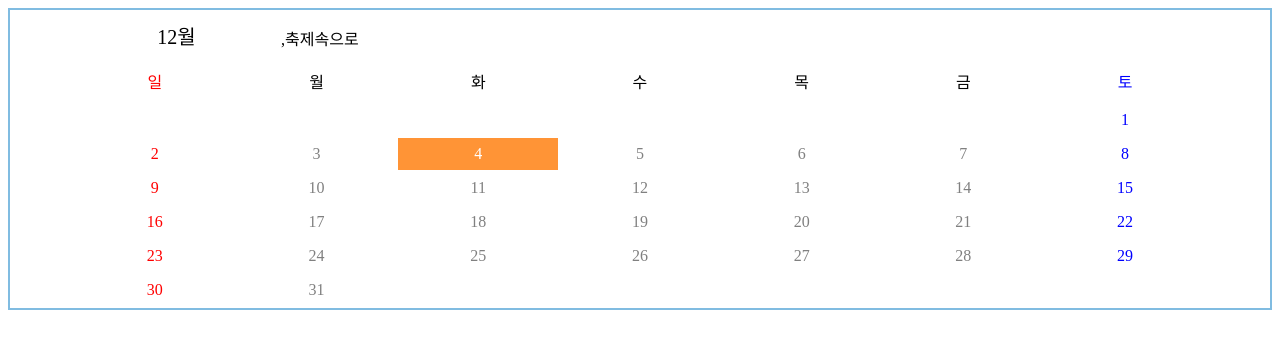
Repository: jih3508/Webproject_Rest
Page: http://localhost/comma1004/include/sideCalendar.jsp
An editor plug-in stored every save of this project. The page is shown before and after the next save, followed by the edit.
The browser window is 1280 px wide. The pictures show the whole page.
The page is served by Tomcat 9. Nobody is signed in. The application's start-up code is not run.

Above is the page before, as saved 2018-12-04 11:30:47.

After the next save:
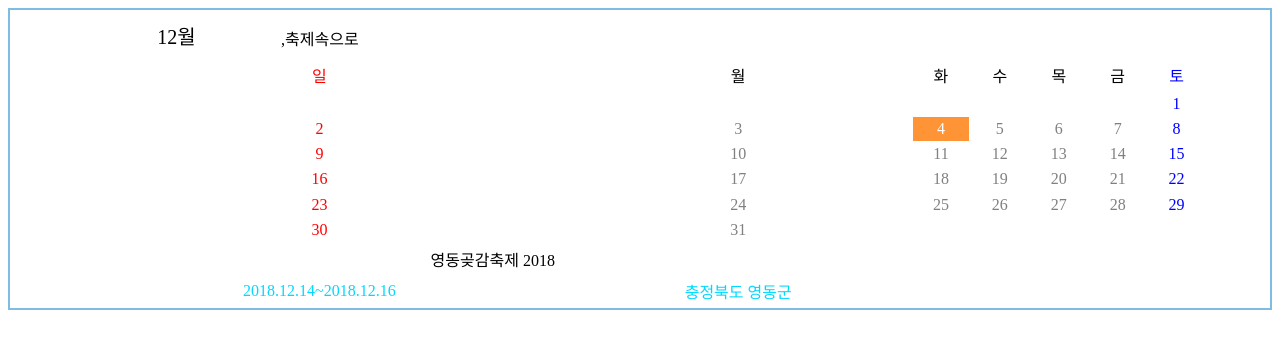
Saved 9 min 54 s later.
--- a/comma1004/src/main/webapp/include/sideCalendar.jsp
+++ b/comma1004/src/main/webapp/include/sideCalendar.jsp
@@ -95,7 +95,7 @@
 
 	 if(dayOfWeek%7 == 0) {
    %>
-    </tr><tr>
+    </t><tr>
    <%
      }
      dayOfWeek++;
@@ -103,7 +103,12 @@
  %>
 
     </tr>
-
+	<tr>
+		<td colspan="2">영동곶감축제 2018</td>
+	</tr>
+	<tr>
+		<td style="color:#00D8FF">2018.12.14~2018.12.16</td><td style="color:#00D8FF">충정북도 영동군</td>
+	</tr>
 </table>
 </div>
 </div>
